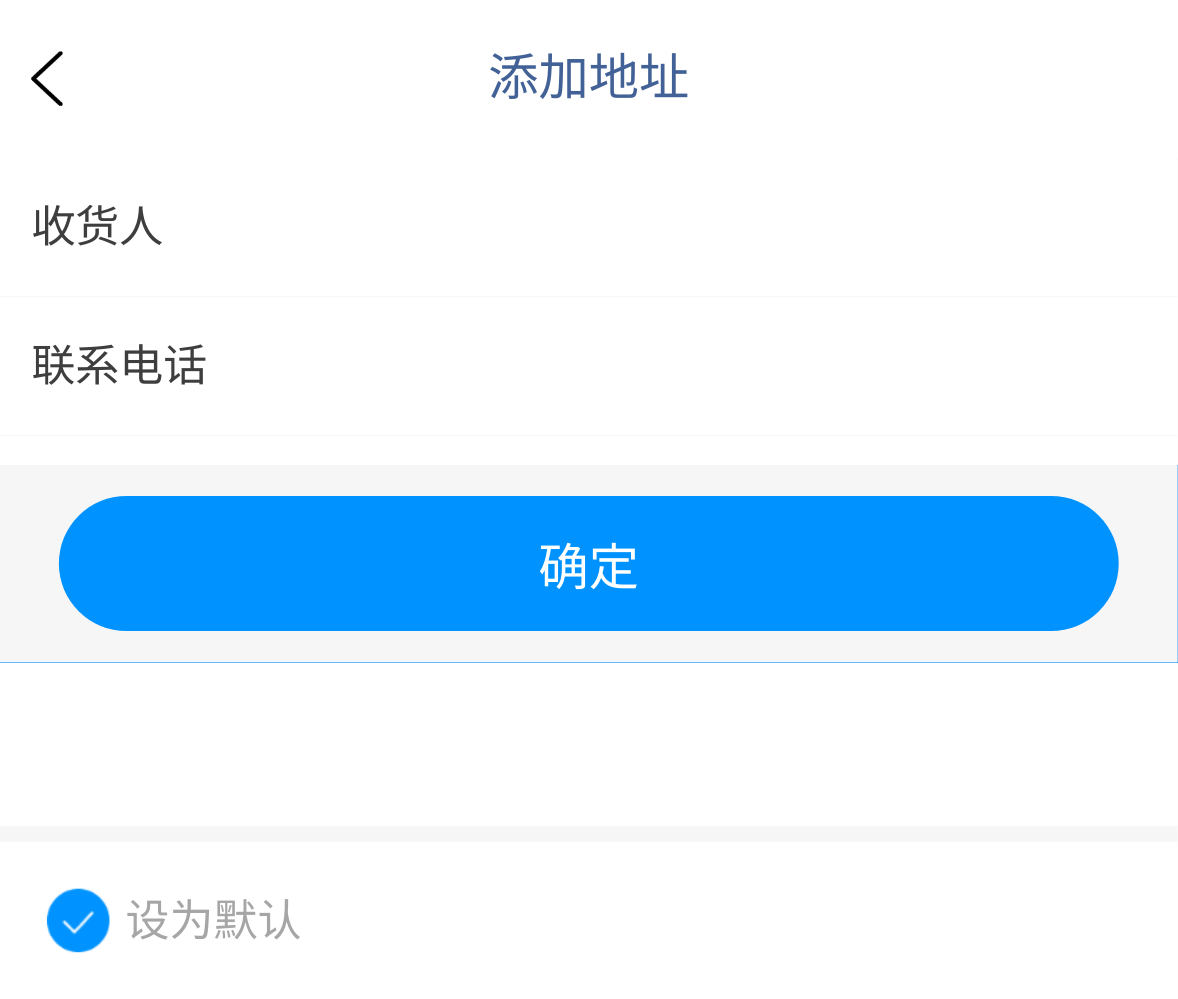
Repository: 421538074/sell
Page: consumer/manage-address.html
These files come from the project's save history. The page is drawn as it stood at one moment and after the next save; the edit follows.
The browser window is 1280 px wide. The pictures show the whole page, at 92% of full size.

Above is the page before, as saved 2019-06-03 16:32:39.

After the next save:
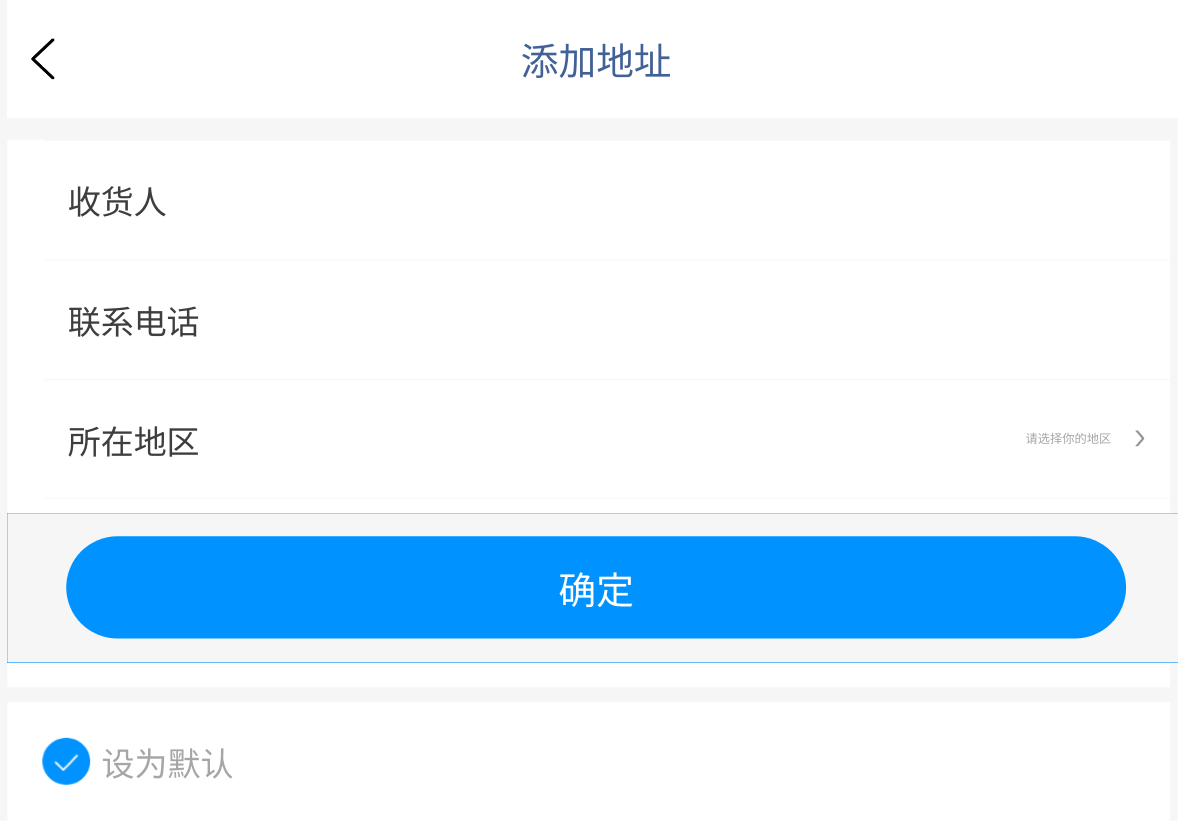
Saved 56 s later.
--- a/consumer/manage-address.html
+++ b/consumer/manage-address.html
@@ -7,7 +7,7 @@
     <meta http-equiv="X-UA-Compatible" content="ie=edge">
     <title>地址管理</title>
     <link rel="stylesheet" href="../css/jquery.weui.css">
-    <link rel="stylesheet" href="../css/base.css">
+    <!-- <link rel="stylesheet" href="../css/base.css"> -->
     <link rel="stylesheet" href="css/common.css">
     <link rel="stylesheet" href="css/manage-address.css">
 </head>

After the save that followed:
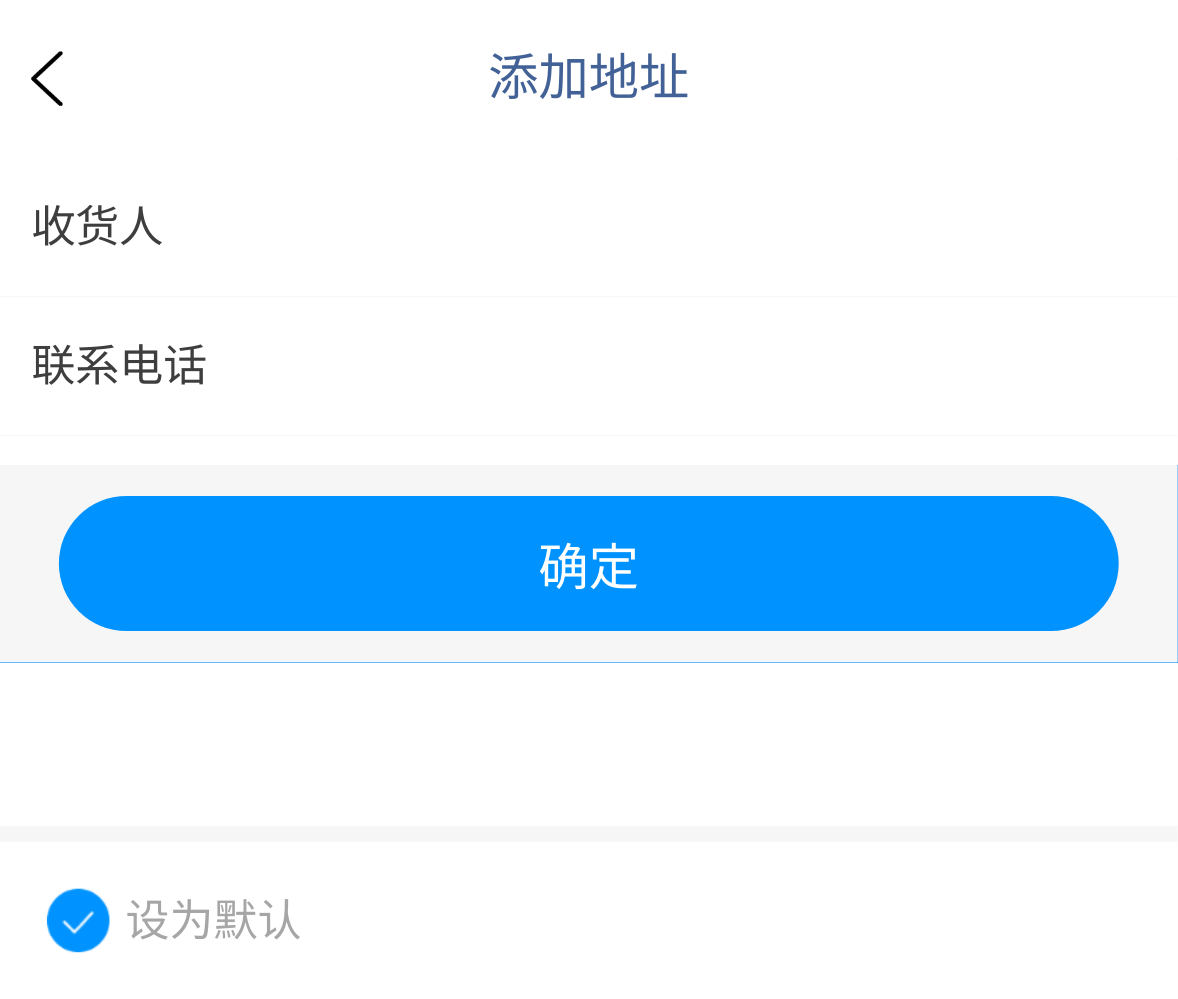
Saved 2 min 9 s later.
--- a/consumer/manage-address.html
+++ b/consumer/manage-address.html
@@ -7,7 +7,7 @@
     <meta http-equiv="X-UA-Compatible" content="ie=edge">
     <title>地址管理</title>
     <link rel="stylesheet" href="../css/jquery.weui.css">
-    <!-- <link rel="stylesheet" href="../css/base.css"> -->
+    <link rel="stylesheet" href="../css/base.css">
     <link rel="stylesheet" href="css/common.css">
     <link rel="stylesheet" href="css/manage-address.css">
 </head>
